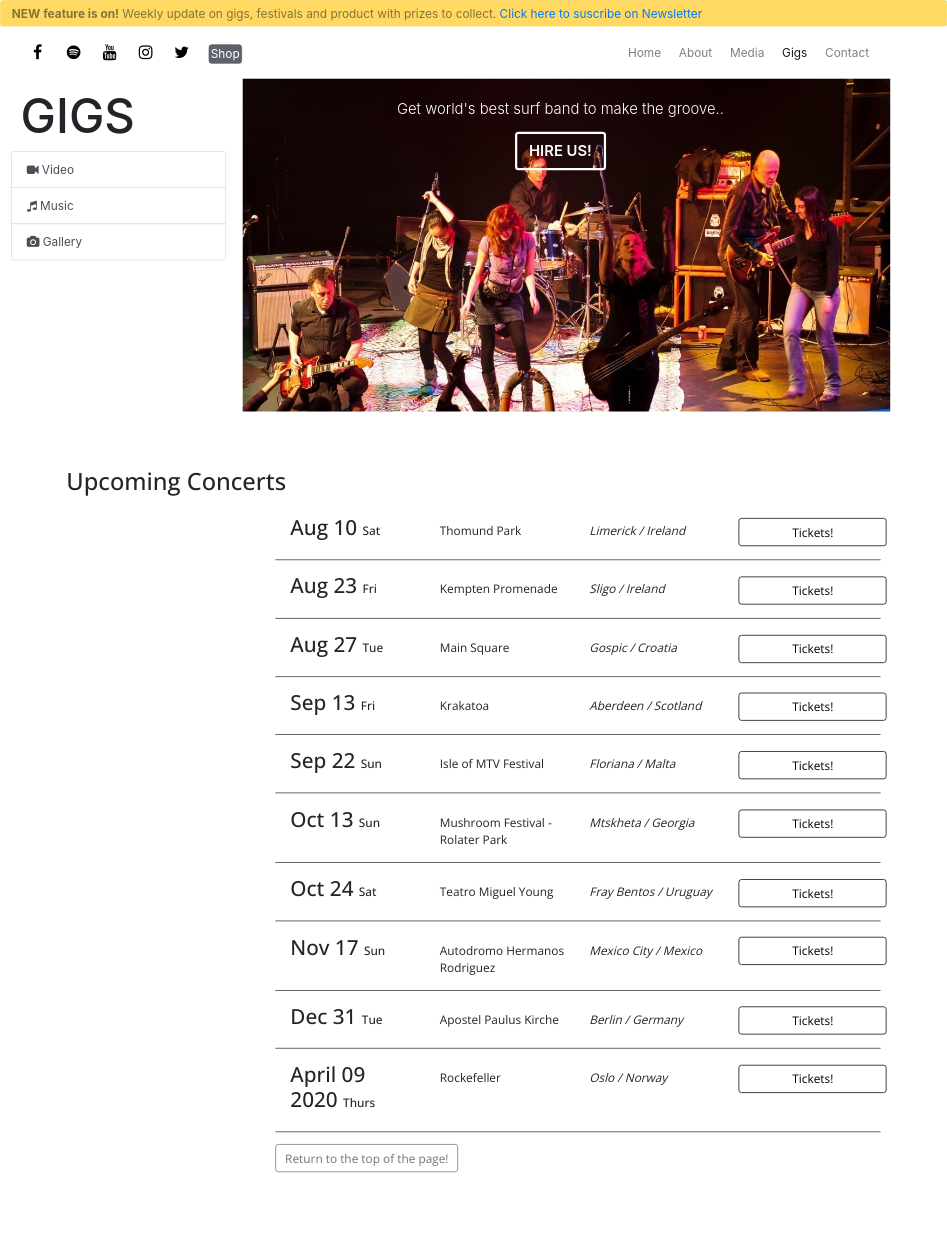
Repository: NamcorStudent/Stream_1_Project_HTML5-CSS3
Page: gigs.html
The author's editor kept a record of every edit. The page is drawn from the files as they stood at one moment, then again after the next edit.
The browser window is 1280 px wide. The pictures show the whole page, at 74% of full size.
Some web libraries are served in a nearby version.

Above is the page before.

### gigs.html
<!DOCTYPE html>
<html lang="en">

<head>
    <meta charset="UTF-8">
    <meta name="viewport" content="width=device-width, initial-scale=1.0">
    <meta http-equiv="X-UA-Compatible" content="ie=edge">
    <link rel="stylesheet" href="https://maxcdn.bootstrapcdn.com/bootstrap/4.2.1/css/bootstrap.min.css" type="text/css" />
    <link rel="stylesheet" href="https://maxcdn.bootstrapcdn.com/font-awesome/4.7.0/css/font-awesome.min.css" type="text/css" />
    <link rel="stylesheet" href="assets/css/style.css" type="text/css" />
    <title>The Bambi Molesters | Official</title>
</head>

<body>
    <!--Alert for subscription-->
    <div class="container-fluid alert-container">
        <div class="row d-none d-sm-block no-gutters">
            <div class="col-12">
                <div class="alert alert-warning">
                    <strong>NEW feature is on!</strong> Weekly update on gigs, festivals and product with prizes to collect. <a href="#" data-toggle="modal" data-target="#subscribeModal">Click here to suscribe on Newsletter</a>
                </div>
            </div>
        </div>
    </div>
    <!--Social & Nav-->
    <div class="container-fluid nav-wrapper">
        <nav class="navbar navbar-light navbar-expand-sm">
            <div class="social-links mr-auto">
                <ul class="list-inline social-links">
                    <li class="list-inline-item">
                        <a target="_blank" href="https://www.facebook.com/pages/category/Musician-Band/The-Bambi-Molesters-10150106968535328/">
                            <i class="fa fa-facebook" aria-hidden="true"></i>
                            <span class="sr-only">Facebook</span>
                        </a>
                    </li>
                    <li class="list-inline-item">
                        <a target="_blank" href="https://open.spotify.com/artist/1dRGueaS4tR1zmizinwXbx">
                            <i class="fa fa-spotify" aria-hidden="true"></i>
                            <span class="sr-only">Spotify</span>
                        </a>
                    </li>
                    <li class="list-inline-item">
                        <a target="_blank" href="https://www.youtube.com/user/bambimolesters">
                            <i class="fa fa-youtube" aria-hidden="true"></i>
                            <span class="sr-only">YouTube</span>
                        </a>
                    </li>
                    <li class="list-inline-item">
                        <a target="_blank" href="https://www.instagram.com/explore/tags/bambimolesters/">
                            <i class="fa fa-instagram" aria-hidden="true"></i>
                            <span class="sr-only">Instagram</span>
                        </a>
                    </li>
                    <li class="list-inline-item">
                        <a target="_blank" href="https://twitter.com/bambimolesters?lang=en">
                            <i class="fa fa-twitter" aria-hidden="true"></i>
                            <span class="sr-only">Twitter</span>
                        </a>
                    </li>
                    <li class="list-inline-item">
                        <a target="_blank" href="https://www.discogs.com/artist/342698-The-Bambi-Molesters">
                            <button class="btn btn-dark" aria-hidden="true">Shop</button>
                            <span class="sr-only">Shop</span>
                        </a>
                    </li>
                </ul>
            </div>
            <!-- Collaps Nav-Same container as nav-->

            <button class="navbar-toggler" type="button" data-toggle="collapse" data-target="#navbarTogglerDropdown" aria-controls="navbarTogglerDemo02" aria-expanded="false" aria-label="Toggle navigation">
            <span class="navbar-toggler-icon"></span>
            </button>
            <div class="collapse navbar-collapse" id="navbarTogglerDropdown">
                <ul class="navbar-nav ml-auto">
                    <li class="nav-item mr-2"><a class="nav-link" href="index.html">Home</a></li>
                    <li class="nav-item mr-2"><a class="nav-link" href="about.html">About</a></li>
                    <li class=" nav-item mr-2"><a class="nav-link" href="media.html">Media</a></li>
                    <li class="active nav-item mr-2"><a class="nav-link" href="gigs.html">Gigs</a></li>
                    <li class="nav-item mr-2"><a class="nav-link" href="contact.html">Contact</a></li>
                    <li class="nav-item mr-2 d-block d-sm-none"><a class="nav-link btn btn-success" href="#" data-toggle="modal" data-target="#subscribeModal">Click to suscribe on Newsletter!!!</a></li>
                </ul>
            </div>
        </nav>
    </div>
    <!-- Callout & BG Image-->
    <div class="container-fluid callout-container">
        <div class="row">
            <div class="col-3 page-title">
                <h1><span>Gigs</span></h1>
                <div class="list-group media-list d-none d-sm-block">
                    <a href="#video" class="list-group-item list-group-item-action">
                        <i class="fa fa-video-camera" aria-hidden="true"></i>
                           Video</a>
                    <a href="#music" class="list-group-item list-group-item-action">
                        <i class="fa fa-music" aria-hidden="true"></i>
                           Music</a>
                    <a href="#gallery" class="list-group-item list-group-item-action">
                        <i class="fa fa-camera" aria-hidden="true"></i>
                           Gallery</a>
                </div>
            </div>
            <div class="col-12 hero-image">
                <div class="row ">
                    <div class="col">
                        <div class="jumbotron text-center">
                            <h6 class="d-block d-sm-none">Special occasion comming up?</h6>
                            <p class="lead d-none d-sm-block">Get world's best surf band to make the groove..</p>
                            <p><button class="btn btn-lg btn-success btn-cta" data-toggle="modal" data-target="#signUpModal">Hire us!</button></p>
                        </div>
                    </div>
                </div>
                <a href="index.html"><img src="assets/images/gigs1200x798.jpg"></img></a>
            </div>
        </div>
    </div>


    <!--Content unique to the page-->
    <div class="conteiner-fluid page-content-container">
        <div class="row">
            <div class="col-sm-3" id="band-selection">
                <div class="list-group media-list d-sm-none">
                    <a href="#month-one" class="list-group-item list-group-item-action">August</a>
                    <a href="#month-two" class="list-group-item list-group-item-action">September</a>
                    <a href="#month-three" class="list-group-item list-group-item-action">October</a>
                    <a href="#month-three" class="list-group-item list-group-item-action">More than 3 months away</a>
                </div>
            </div>
        </div>
        <div class="row media-material gigs-material">
            <div class="col band-bio-container media-content-container" id="band-bio">
                <div class="row gigs-content">
                    <div class="col gigs-schedule">
                        <h2 id="video" class="media-sub-heading">Upcoming Concerts</h2>
                        <div class="row gigs-content">
                            <div class="d-none d-sm-block col-sm-3">
                            </div>
                            <div class="col-sm-9">
                                <div id="month-one">
                                <div class="row gigs-dates text-left">
                                    <div class="col-lg-3 gigs-info"><h3>Aug 10  <span class="gigs-day">Sat</span></h3></div>
                                    <div class="col-lg-3 gigs-info"><span>Thomund Park</span></div>
                                    <div class="col-lg-3 gigs-info"><span class="align-bottom"><i>Limerick / Ireland</i></span></div>
                                    <div class="col-lg-3 gigs-info tickets-btn-center"><a target="_blank" href="https://www.ticketmaster.ie/memoriam-limerick-city-07-09-2019/event/180056B0D57E8573"><button type="button" class="btn btn-primary btn-tickets">Tickets!</button></a></div>
                                </div>
                                <hr class="video-divider">
                                <div class="row gigs-dates text-left">
                                    <div class="col-lg-3 gigs-info"><h3>Aug 23  <span class="gigs-day">Fri</span></h3></div>
                                    <div class="col-lg-3 gigs-info"><span>Kempten Promenade</span></div>
                                    <div class="col-lg-3 gigs-info"><span class="align-bottom"><i>Sligo / Ireland</i></span></div>
                                    <div class="col-lg-3 gigs-info tickets-btn-center"><a target="_blank" href="https://www.ticketweb.ie/event/george-michael-wham-tribute-andersons-live-tickets/9538545?REFERRAL_ID=tmfeed"><button type="button" class="btn btn-primary btn-tickets">Tickets!</button></a></div>
                                </div>
                                <hr class="video-divider">
                                <div class="row gigs-dates text-left">
                                    <div class="col-lg-3 gigs-info"><h3>Aug 27  <span class="gigs-day">Tue</span></h3></div>
                                    <div class="col-lg-3 gigs-info"><span>Main Square</span></div>
                                    <div class="col-lg-3 gigs-info"><span class="align-bottom"><i>Gospic / Croatia</i></span></div>
                                    <div class="col-lg-3 gigs-info tickets-btn-center"><a target="_blank" href="https://www.eventim.hr/hr/ulaznice/majkespancirfest-prijevoz-svikoncerti-dodatne-informacije-1142518/performance.html"><button type="button" class="btn btn-primary btn-tickets">Tickets!</button></a></div>
                                </div>
                                <hr class="video-divider">
                                </div>
                                <div id="month-two">
                                <div class="row gigs-dates text-left">
                                    <div class="col-lg-3 gigs-info"><h3>Sep 13  <span class="gigs-day">Fri</span></h3></div>
                                    <div class="col-lg-3 gigs-info"><span>Krakatoa</span></div>
                                    <div class="col-lg-3 gigs-info"><span class="align-bottom"><i>Aberdeen / Scotland</i></span></div>
                                    <div class="col-lg-3 gigs-info tickets-btn-center"><a target="_blank" href="https://www.ticketweb.uk/event/the-chandeliers-krakatoa-tickets/9288315?REFERRAL_ID=tmfeed"><button type="button" class="btn btn-primary btn-tickets">Tickets!</button></a></div>
                                </div>
                                <hr class="video-divider">
                                <div class="row gigs-dates text-left">
                                    <div class="col-lg-3 gigs-info"><h3>Sep 22  <span class="gigs-day">Sun</span></h3></div>
                                    <div class="col-lg-3 gigs-info"><span>Isle of MTV Festival</span></div>
                                    <div class="col-lg-3 gigs-info"><span class="align-bottom"><i>Floriana / Malta</i></span></div>
                                    <div class="col-lg-3 gigs-info tickets-btn-center"><a target="_blank" href="https://www.festicket.com/festivals/isle-mtv-malta-festival/2019/"> <button type="button" class="btn btn-primary btn-tickets">Tickets!</button></a></div>
                                </div>
                                <hr class="video-divider">
                                </div>
                                <div id="month-three">
                                <div class="row gigs-dates text-left">
                                    <div class="col-lg-3 gigs-info"><h3>Oct 13  <span class="gigs-day">Sun</span></h3></div>
                                    <div class="col-lg-3 gigs-info"><span>Mushroom Festival - Rolater Park</span></div>
                                    <div class="col-lg-3 gigs-info"><span class="align-bottom"><i>Mtskheta / Georgia</i></span></div>
                                    <div class="col-lg-3 gigs-info tickets-btn-center"><a target="_blank" href="https://www.eventbrite.com/e/2019-georgia-mushroom-festival-tickets-51374210647"><button type="button" class="btn btn-primary btn-tickets">Tickets!</button></a></div>
                                </div>
                                <hr class="video-divider">
                                <div class="row gigs-dates text-left">
                                    <div class="col-lg-3 gigs-info"><h3>Oct 24  <span class="gigs-day">Sat</span></h3></div>
                                    <div class="col-lg-3 gigs-info"><span>Teatro Miguel Young</span></div>
                                    <div class="col-lg-3 gigs-info"><span class="align-bottom"><i>Fray Bentos / Uruguay</i></span></div>
                                    <div class="col-lg-3 gigs-info tickets-btn-center"><a target="_blank" href="https://www.urubus.com.uy/es/?lang=es"><button type="button" class="btn btn-primary btn-tickets">Tickets!</button></a></div>
                                </div>
                                <hr class="video-divider">
                                </div>
                                <div id="month-distant">
                                <div class="row gigs-dates text-left">
                                    <div class="col-lg-3 gigs-info"><h3>Nov 17  <span class="gigs-day">Sun</span></h3></div>
                                    <div class="col-lg-3 gigs-info"><span>Autodromo Hermanos Rodriguez</span></div>
                                    <div class="col-lg-3 gigs-info"><span class="align-bottom"><i>Mexico City / Mexico</i></span></div>
                                    <div class="col-lg-3 gigs-info tickets-btn-center"><a target="_blank" href="https://www.viagogo.ie/Festival-Tickets/International-Festivals/Corona-Capital-Festival-Tickets/E-3805649"><button type="button" class="btn btn-primary btn-tickets">Tickets!</button></a></div>
                                </div>
                                <hr class="video-divider">
                                <div class="row gigs-dates text-left">
                                    <div class="col-lg-3 gigs-info"><h3>Dec 31  <span class="gigs-day">Tue</span></h3></div>
                                    <div class="col-lg-3 gigs-info"><span>Apostel Paulus Kirche</span></div>
                                    <div class="col-lg-3 gigs-info"><span class="align-bottom"><i>Berlin / Germany</i></span></div>
                                    <div class="col-lg-3 gigs-info tickets-btn-center"><a target="_blank" href="https://www.viagogo.ie/Festival-Tickets/International-Festivals/Corona-Capital-Festival-Tickets/E-3805649"><button type="button" class="btn btn-primary btn-tickets">Tickets!</button></a></div>
                                </div>
                                <hr class="video-divider">
                                <div class="row gigs-dates text-left">
                                    <div class="col-lg-3 gigs-info"><h3>April 09 2020 <span class="gigs-day">Thurs</span></h3></div>
                                    <div class="col-lg-3 gigs-info"><span>Rockefeller</span></div>
                                    <div class="col-lg-3 gigs-info"><span class="align-bottom"><i>Oslo / Norway</i></span></div>
                                    <div class="col-lg-3 gigs-info tickets-btn-center"><a target="_blank" href="https://www.viagogo.ie/Festival-Tickets/Festivals-in-Norway/Inferno-Metal-Festival-Tickets/E-3689831"><button type="button" class="btn btn-primary btn-tickets">Tickets!</button></a></div>
                                </div>
                                <hr class="video-divider">
                                 <a href="gigs.html"><button type="button" class="btn btn-outline-secondary">Return to the top of the page!</button></a>

                                </div>
                            </div>
                        </div>

                    </div>
                </div>
            </div>

        </div>

        <!---Modal for subscription-->
        <div class="modal" tabindex="-1" role="dialog" id="subscribeModal">
            <div class="modal-dialog" role="document">
                <div class="modal-content">
                    <div class="modal-header">
                        <h5 class="modal-title">Subscribe to New TBM Newsletter!</h5>
                        <button type="button" class="close" data-dismiss="modal" aria-label="Close">
          <span aria-hidden="true">&times;</span>
        </button>
                    </div>
                    <div class="modal-body">
                        <p>Updates on gigs, prizes and uniquie band products;)</p>
                        <hr>
                        <form>
                            <div class="form-group">
                                <label for="InputEmail">Email address</label>
                                <input type="email" class="form-control" id="InputEmail" aria-describedby="emailHelp" placeholder="Enter email">
                                <small id="emailHelp" class="form-text text-muted">We'll never share your email with anyone else.</small>
                            </div>
                            <div class="form-group">
                                <label for="VerifyEmail">Verefy Email address</label>
                                <input type="email" class="form-control" id="VerifyEmail" aria-describedby="VerifyEmail" placeholder="Verify email">
                                <small id="emailHelp" class="form-text text-muted">You may un-suscribe at any moment. Details in Confiramtion Email.</small>
                            </div>
                            <button type="submit" class="btn btn-success">Subscribe</button>
                        </form>
                    </div>
                </div>
            </div>
        </div>

        <script src="https://code.jquery.com/jquery-3.3.1.slim.min.js" integrity="sha384-q8i/X+965DzO0rT7abK41JStQIAqVgRVzpbzo5smXKp4YfRvH+8abtTE1Pi6jizo" crossorigin="anonymous"></script>
        <script src="https://cdnjs.cloudflare.com/ajax/libs/popper.js/1.14.7/umd/popper.min.js" integrity="sha384-UO2eT0CpHqdSJQ6hJty5KVphtPhzWj9WO1clHTMGa3JDZwrnQq4sF86dIHNDz0W1" crossorigin="anonymous"></script>
        <script src="https://stackpath.bootstrapcdn.com/bootstrap/4.3.1/js/bootstrap.min.js" integrity="sha384-JjSmVgyd0p3pXB1rRibZUAYoIIy6OrQ6VrjIEaFf/nJGzIxFDsf4x0xIM+B07jRM" crossorigin="anonymous"></script>

        <script src="js/jquery.js"></script>
        <script src="js/main.js"></script>
</body>

</html>

Loaded but not shown: assets/js/jquery.js (library); assets/js/main.js (115 lines, source omitted); assets/css/style.css (477 lines, source omitted)

After the next edit:
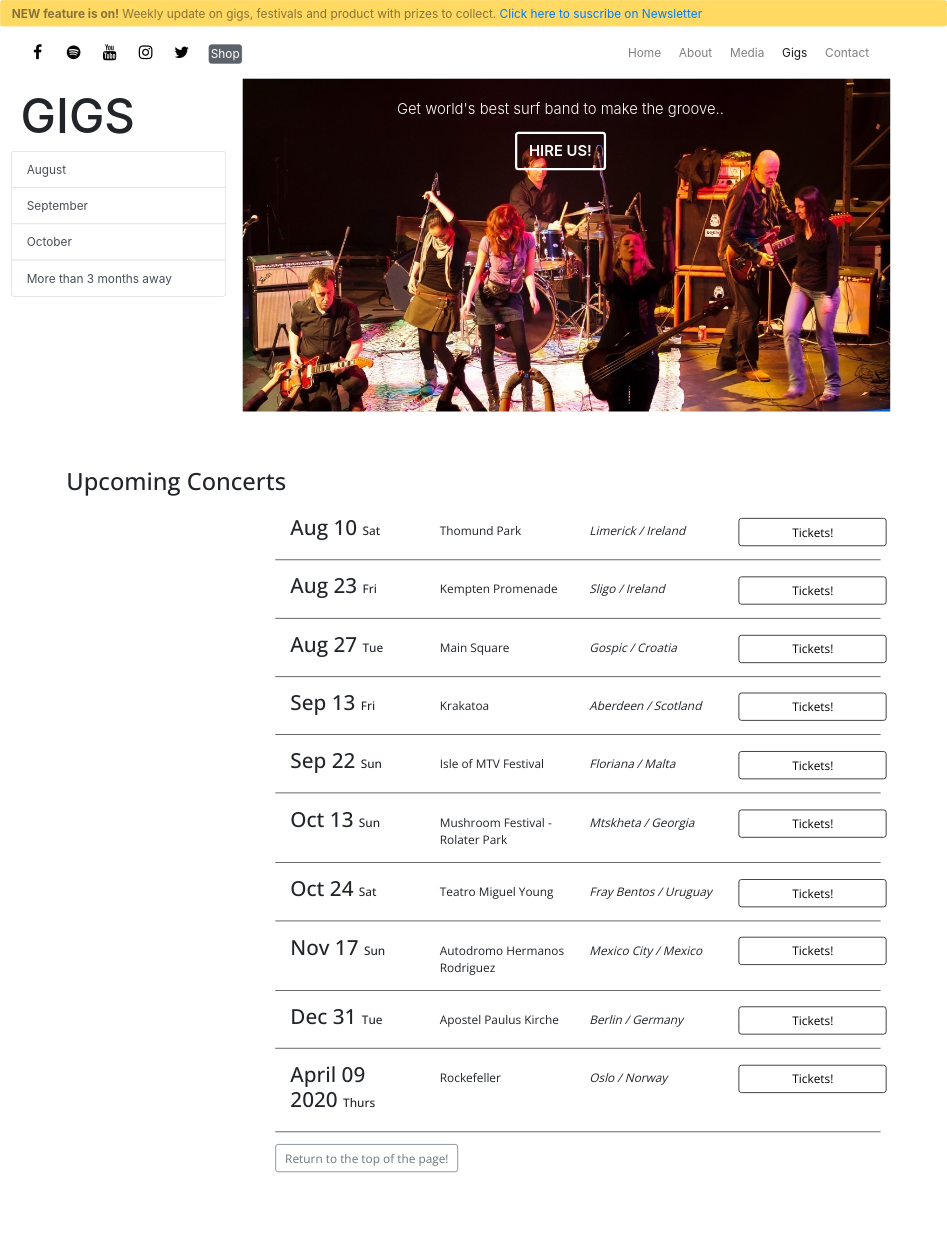
The edit:
--- a/gigs.html
+++ b/gigs.html
@@ -88,15 +88,10 @@
             <div class="col-3 page-title">
                 <h1><span>Gigs</span></h1>
                 <div class="list-group media-list d-none d-sm-block">
-                    <a href="#video" class="list-group-item list-group-item-action">
-                        <i class="fa fa-video-camera" aria-hidden="true"></i>
-                           Video</a>
-                    <a href="#music" class="list-group-item list-group-item-action">
-                        <i class="fa fa-music" aria-hidden="true"></i>
-                           Music</a>
-                    <a href="#gallery" class="list-group-item list-group-item-action">
-                        <i class="fa fa-camera" aria-hidden="true"></i>
-                           Gallery</a>
+                    <a href="#month-one" class="list-group-item list-group-item-action">August</a>
+                    <a href="#month-two" class="list-group-item list-group-item-action">September</a>
+                    <a href="#month-three" class="list-group-item list-group-item-action">October</a>
+                    <a href="#month-three" class="list-group-item list-group-item-action">More than 3 months away</a>
                 </div>
             </div>
             <div class="col-12 hero-image">
